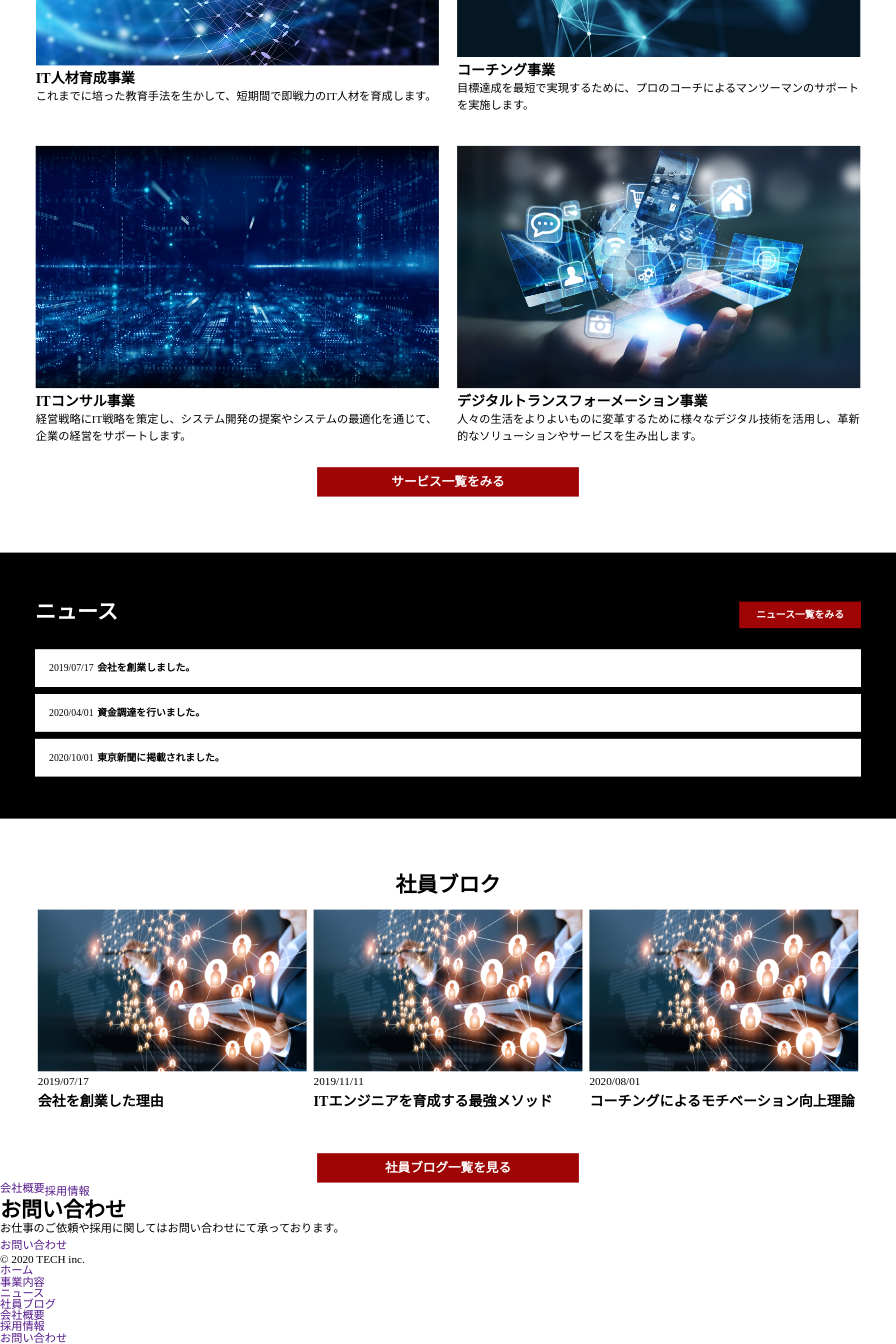
Repository: masanarimiura/20220516_miura
Page: index.html
These files come from the project's save history. The page is drawn as it stood at one moment and after the next save; the edit follows.
The browser window is 1280 px wide. The pictures show the part of the page from y = 1388 to 3308 px (the page is 3308 px tall before and 3300 px after), at 70% of full size.

Above is the page before, as saved 2022-05-13 20:50:21.

### index.html
<!DOCTYPE html>
<html lang="ja">

<head>
  <meta charset="UTF-8">
  <meta http-equiv="X-UA-Compatible" content="IE=edge">
  <meta name="viewport" content="width=device-width, initial-scale=1.0">
  <title>Document</title>
  <link rel="stylesheet" href="css/reset.css">
  <link rel="stylesheet" href="css/index.css">
</head>

<body>

  <header class="header">
    <h2 class="header__ttl">TECH</h2>
    <nav class="header__nav">
      <ul>
        <li><a href="" class="header__nav__item1">ホーム</a></li>
        <li><a href="" class="header__nav__item2">事業内容</a></li>
        <li><a href="" class="header__nav__item3">ニュース</a></li>
        <li><a href="" class="header__nav__item4">社員ブログ</a></li>
        <li><a href="" class="header__nav__item5">会社概要</a></li>
        <li><a href="" class="header__nav__item6">採用情報</a></li>
        <li><a href="" class="header__nav__item7">お問い合わせ</a></li>
      </ul>
    </nav>
  </header>

  <div class="eyecatch">
    <div class="eyecatch__content">
      <h1 class="eyecatch__content__ttl">最新のテクノロジーで社会課題を解決</h1>
      <p class="eyecatch__content__txt">solving social issues with the latest tdchnology</p>
    </div>
  </div>

  <div class="message">
    <div class="message__inner">
      <h2 class="message__ttl">株式会社TECHの想い</h2>
      <p class="message__txt">
        あらゆる産業において、新たなデジタル技術を使ってこれまでにないビジネスモデルを展開する新規参入者が養生し、ゲームチェンジが起ころうとしています。こうした中で、各企業は、競争力維持・強化のために。DXを迅速に進めていくことが求められています。しかし、DXにおいて投資コストは非常にかかります。株式会社TECHでは独自のオペレーションと人材教育により、他社よりも価格を抑えた開発を行います。
      </p>
    </div>
  </div>

  <div class="service">
    <h2 class="service__ttl">サービス</h2>
    <div class="service__inner">
      <div class="service__box">
        <img src="img/service1.png" alt="" class="service__box__img">
        <h3 class="service__box__ttl">IT人材育成事業</h3>
        <p class="service__box__txt">これまでに培った教育手法を生かして、短期間で即戦力のIT人材を育成します。</p>
      </div>
      <div class="service__box">
        <img src="img/service2.png" alt="" class="service__box__img">
        <h3 class="service__box__ttl">コーチング事業</h3>
        <p class="service__box__txt">目標達成を最短で実現するために、プロのコーチによるマンツーマンのサポートを実施します。</p>
      </div>
      <div class="service__box">
        <img src="img/service3.png" alt="" class="service__box__img">
        <h3 class="service__box__ttl">ITコンサル事業</h3>
        <p class="service__box__txt">経営戦略にIT戦略を策定し、システム開発の提案やシステムの最適化を通じて、企業の経営をサポートします。</p>
      </div>
      <div class="service__box">
        <img src="img/service4.png" alt="" class="service__box__img">
        <h3 class="service__box__ttl">デジタルトランスフォーメーション事業</h3>
        <p class="service__box__txt">人々の生活をよりよいものに変革するために様々なデジタル技術を活用し、革新的なソリューションやサービスを生み出します。</p>
      </div>
      <a href="" class="button">サービス一覧をみる</a>
    </div>
  </div>

  <div class="news">
    <div class="news__inner">
      <div class="news__ttl">
        <h2 class="news__ttl-txt">ニュース</h2>
        <a href="" class="service__link button">ニュース一覧をみる</a>
      </div>
      <div class="news__content">
        <ul class="news__content-inner">
          <li class="news__content-topic">
            <a herf="">2019/07/17<span>会社を創業しました。</span></a>
          </li>
          <li class="news__content-topic">
            <a herf="">2020/04/01<span>資金調達を行いました。</span></a>
          </li>
          <li class="news__content-topic">
            <a herf="">2020/10/01<span>東京新聞に掲載されました。</span></a>
          </li>
        </ul>
      </div>
    </div>
  </div>
  <div class="blog">
    <h2 class="blog__ttl">社員ブロク</h2>
    <div class="blog__inner">
      <div class="blog__box">
        <a href=""><img src="img/blog.png" alt="" class="blog__img"></a>
        <p class="blog__date">2019/07/17</p>
        <p class="blog__txt">会社を創業した理由</p>
      </div>
      <div class="blog__box">
        <a href=""><img src="img/blog.png" alt="" class="blog__img"></a>
        <p class="blog__date">2019/11/11</p>
        <p class="blog__txt">ITエンジニアを育成する最強メソッド</p>
      </div>
      <div class="blog__box">
        <a href=""><img src="img/blog.png" alt="" class="blog__img"></a>
        <p class="blog__date">2020/08/01</p>
        <p class="blog__txt">コーチングによるモチベーション向上理論</p>
      </div>
    </div>
    <a href="" class="button blog__link">社員ブログ一覧を見る</a>
  </div>

  <div class="info">
    <div class="info__company"><a href="">会社概要</a></div>
    <div class="info__recruit"><a href="">
        <p class="info__recruit__ttl">採用情報</p>
      </a></div>
  </div>

  <div class="contact">
    <h2 class="contact__ttl">お問い合わせ</h2>
    <p class="contact__txt">お仕事のご依頼や採用に関してはお問い合わせにて承っております。</p>
    <p class="contact__link"><a href="">お問い合わせ</a></p>
  </div>

  <footer class="footer">
    <div class="footer__copy">&copy; 2020 TECH inc.</div>
    <ul class="footer__nav">
      <li><a href="" class="footer__nav__item1">ホーム</a></li>
      <li><a href="" class="footer__nav__item2">事業内容</a></li>
      <li><a href="" class="footer__nav__item3">ニュース</a></li>
      <li><a href="" class="footer__nav__item4">社員ブログ</a></li>
      <li><a href="" class="footer__nav__item5">会社概要</a></li>
      <li><a href="" class="footer__nav__item6">採用情報</a></li>
      <li><a href="" class="footer__nav__item7">お問い合わせ</a></li>
    </ul>
  </footer>


  <script src="js/main.js"></script>
</body>

</html>

### css/reset.css
/*
html5doctor.com Reset Stylesheet
v1.6.1
Last Updated: 2010-09-17
Author: Richard Clark - http://richclarkdesign.com
Twitter: @rich_clark
*/
html,
body,
div,
span,
object,
iframe,
h1,
h2,
h3,
h4,
h5,
h6,
p,
blockquote,
pre,
abbr,
address,
cite,
code,
del,
dfn,
em,
img,
ins,
kbd,
q,
samp,
small,
strong,
sub,
sup,
var,
b,
i,
dl,
dt,
dd,
ol,
ul,
li,
fieldset,
form,
label,
legend,
table,
caption,
tbody,
tfoot,
thead,
tr,
th,
td,
article,
aside,
canvas,
details,
figcaption,
figure,
footer,
header,
hgroup,
menu,
nav,
section,
summary,
time,
mark,
audio,
video {
  margin: 0;
  padding: 0;
  border: 0;
  outline: 0;
  font-size: 100%;
  vertical-align: baseline;
  background: transparent;
}

body {
  line-height: 1;
}

article,
aside,
details,
figcaption,
figure,
footer,
header,
hgroup,
menu,
nav,
section {
  display: block;
}

nav ul {
  list-style: none;
}

blockquote,
q {
  quotes: none;
}

blockquote:before,
blockquote:after,
q:before,
q:after {
  content: "";
  content: none;
}

a {
  margin: 0;
  padding: 0;
  font-size: 100%;
  vertical-align: baseline;
  background: transparent;
}

/* change colours to suit your needs */
ins {
  background-color: #ff9;
  color: #000;
  text-decoration: none;
}

/* change colours to suit your needs */
mark {
  background-color: #ff9;
  color: #000;
  font-style: italic;
  font-weight: bold;
}

del {
  text-decoration: line-through;
}

abbr[title],
dfn[title] {
  border-bottom: 1px dotted;
  cursor: help;
}

table {
  border-collapse: collapse;
  border-spacing: 0;
}

/* change border colour to suit your needs */
hr {
  display: block;
  height: 1px;
  border: 0;
  border-top: 1px solid #cccccc;
  margin: 1em 0;
  padding: 0;
}

input,
select {
  vertical-align: middle;
}

### css/index.css
h2 {
  font-size: 30px;
  font-weight: bold;
}
h3 {
  font-size: 20px;
  font-weight: bold;
  line-height: 1.5;
}
a {
  text-decoration: none;
}
p {
  line-height: 1.5;
}
.button {
  display: block;
  text-align: center;
  color: #fff;
  font-size: 18px;
  font-weight: bold;
  background-color: rgb(160, 5, 5);
  width: 350px;
  padding: 12px;
}

.header {
  display: flex;
  justify-content: space-between;
  text-align: center;
  padding: 20px 30px;
  position: sticky;
  top: 0;
  background-color: #fff;
  z-index: 1;
}
.header__nav ul {
  display: flex;
  justify-content: space-between;
}
.header__nav ul li {
  padding: 0 15px;
  font-size: 16px;
  font-weight: bold;
}
.header__nav ul li a {
  color: #000;
}

.eyecatch {
  display: flex;
  justify-content: center;
  align-items: center;
  text-align: center;
  background: url(../img/mv.png) center/ cover;
  height: 80vh;
}
.eyecatch__content {
  color: #fff;
}
.eyecatch__content__ttl {
  font-size: 50px;
  padding: 20px;
  line-height: 1.5;
}
.eyecatch__content__txt {
  font-weight: bold;
  font-size: 20px;
  padding: 20px;
}

.message {
  background: #000;
  display: flex;
  justify-content: center;
  align-items: center;
}
.message__inner {
  padding: 80px 80px;
}
.message__ttl {
  color: #fff;
}
.message__txt {
  color: #fff;
  line-height: 2;
  text-align: justify;
  padding: 20px 0 0;
}

.service {
  margin-top: 100px;
}
.service__ttl {
  text-align: center;
  margin-bottom: 30px;
}
.service__inner {
  display: flex;
  align-items: center;
  flex-wrap: wrap;
  justify-content: center;
}
.service__box {
  width: 45%;
  height: auto;
  padding: 1%;
  margin-bottom: 20px;
}
.service__box img {
  width: 100%;
  height: auto;
}
.service__button {
  margin-top: 50px;
}
.news {
  background: #000;
  margin-top: 80px;
}
.news__inner {
  padding: 50px 50px;
}
.news__ttl {
  display: flex;
  justify-content: space-between;
  padding: 20px 0;
}
.news__ttl-txt {
  color: #fff;
}
.service__link {
  width: 150px;
  font-size: 14px;
}
.news__content-topic a {
  background-color: #fff;
  margin: 10px 0;
  padding: 20px;
  font-size: 14px;
  display: block;
}
.news__content-topic span {
  font-weight: bold;
  display: inline-block;
  padding: 0 5px;
}

.blog {
  margin-top: 80px;
}
.blog__ttl {
  text-align: center;
}
.blog__inner {
  display: flex;
  justify-content: center;
}
.blog__box {
  width: 30%;
  margin: 20px 5px;
}
.blog__box img {
  width: 100%;
}
.blog__txt {
  font-weight: bold;
  font-size: 20px;
}
.blog__link {
  margin: 40px auto 0;
}

.info {
  display: flex;
}
.

Loaded but not shown: js/main.js (no copy from this time; the picture is the same without it)

After the next save:
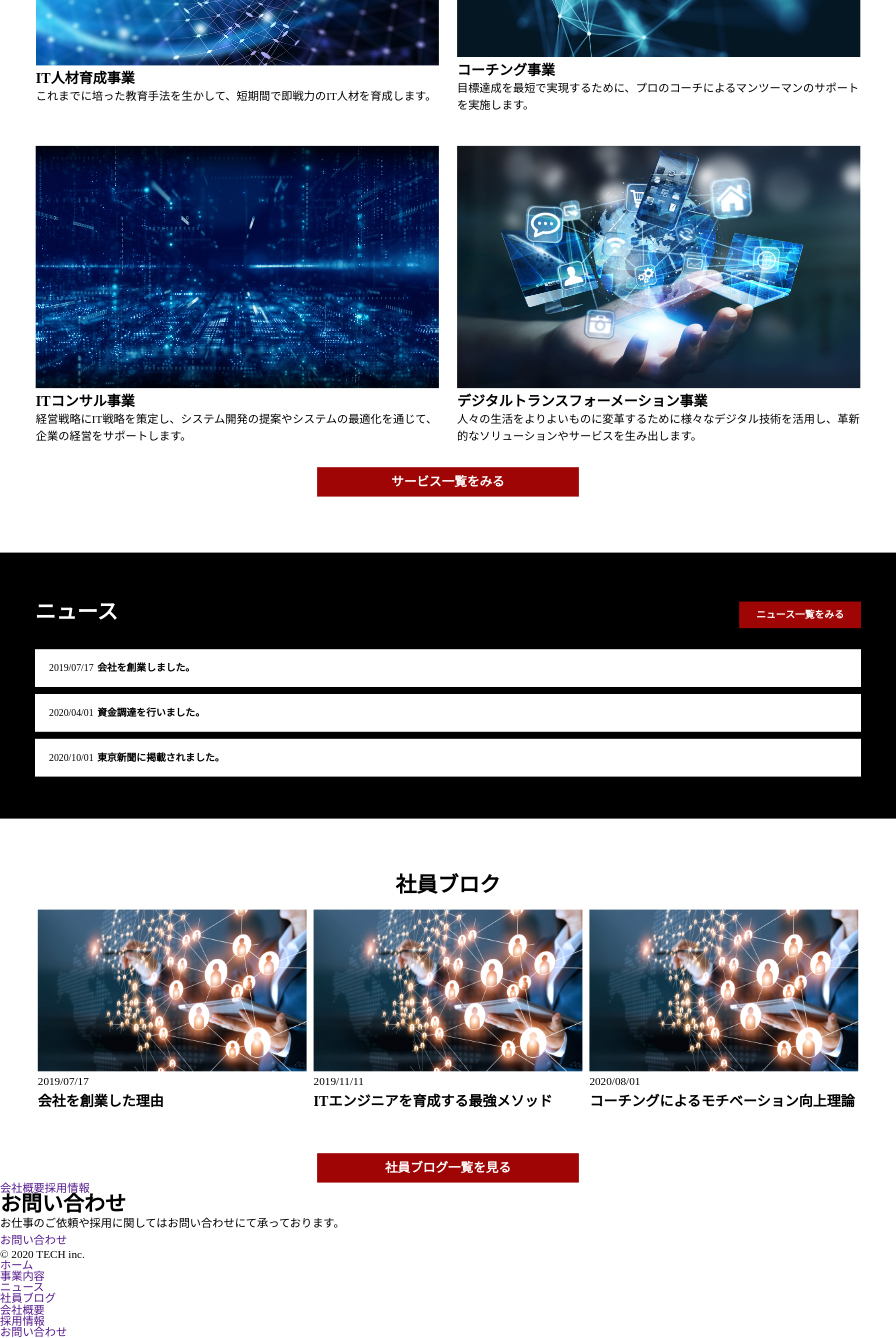
Saved 10 s later.
--- a/index.html
+++ b/index.html
@@ -115,8 +115,7 @@
 
   <div class="info">
     <div class="info__company"><a href="">会社概要</a></div>
-    <div class="info__recruit"><a href="">
-        <p class="info__recruit__ttl">採用情報</p>
+    <div class="info__recruit"><a href="">採用情報</p>
       </a></div>
   </div>
 
